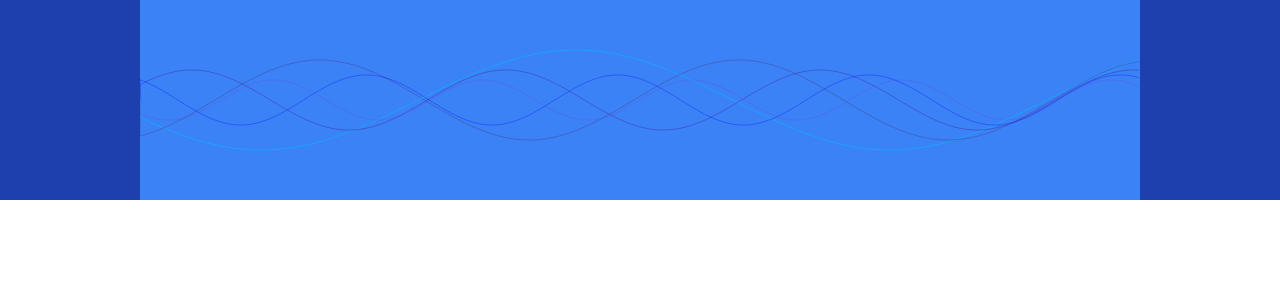
Repository: TMuse333/quantum-experiments
Page: /
These files come from the project's save history. The page is drawn as it stood at one moment and after the next save; the edit follows.
The browser window is 1280 px wide. The pictures show the whole page.
The project was rebuilt for these pictures with package versions that can differ from the ones it lists, and the page was loaded fresh each time. Also part of the build but not shown: vite.config.ts.

Above is the page before, as saved 2024-06-08 18:15:37.

### src/App.tsx
import { useState } from 'react'
import reactLogo from './assets/react.svg'
import viteLogo from '/vite.svg'
import './App.css'
import SineWave from './components/wave/wave'

function App() {
  const [count, setCount] = useState(0)

  return (
    <>
    <div className='bg-blue-800 absolute top-0 left-0
    flex items-center justify-center w-screen'>


     <SineWave/>
     </div>
    </>
  )
}

export default App

### src/components/wave/wave.tsx
import React, { useRef, useEffect } from 'react';

const SineWave: React.FC = () => {
  const canvasRef = useRef<HTMLCanvasElement | null>(null);

  useEffect(() => {
    const canvas = canvasRef.current;
    if (!canvas) return;

    const c = canvas.getContext('2d');
    if (!c) return;

    const waves = [
      {
        amplitude: 50,
        frequency: 0.01,
        speed: 0.02,
        xOffset: 0,
        color: 'rgba(0, 191, 255, 0.5)', // Sky Blue
      },
      {
        amplitude: 30,
        frequency: 0.02,
        speed: 0.03,
        xOffset: 0,
        color: 'rgba(75, 0, 130, 0.3)', // Indigo
      },
      {
        amplitude: 20,
        frequency: 0.03,
        speed: 0.04,
        xOffset: 0,
        color: 'rgba(138, 43, 226, 0.2)', // Blue Violet
      },
      {
        amplitude: 40,
        frequency: 0.015,
        speed: 0.025,
        xOffset: 0,
        color: 'rgba(72, 61, 139, 0.4)', // Dark Slate Blue
      },
      {
        amplitude: 25,
        frequency: 0.025,
        speed: 0.035,
        xOffset: 0,
        color: 'rgba(0, 0, 255, 0.3)', // Blue
      },
    ];

    const resizeHandler = () => {
      canvas.width = canvas.parentElement?.clientWidth ?? window.innerWidth;
      canvas.height = canvas.parentElement?.clientHeight ?? window.innerHeight;
    };

    window.addEventListener('resize', resizeHandler);
    resizeHandler();

    const draw = () => {
      c.clearRect(0, 0, canvas.width, canvas.height);
      waves.forEach((wave) => {
        c.beginPath();
        c.moveTo(0, canvas.height / 2);
        for (let x = 0; x < canvas.width; x++) {
          const y = canvas.height / 2 + Math.sin(x * wave.frequency + wave.xOffset) * wave.amplitude;
          c.lineTo(x, y);
        }
        c.strokeStyle = wave.color;
        c.stroke();
        wave.xOffset += wave.speed;
      });
      requestAnimationFrame(draw);
    };

    draw();

    return () => {
      window.removeEventListener('resize', resizeHandler);
    };
  }, []);

  return (
    <div className='w-screen bg-blue-500 relative h-[200px] max-w-[1000px] ml-auto mr-auto'>
        <h1></h1>
      <canvas className='h-full w-full' ref={canvasRef} />
    </div>
  );
};

export default SineWave;

Loaded but not shown: index.html (common file); src/main.tsx (common file); src/index.css (common file); src/App.css (common file); tailwind.config.js (common file)

After the next save:
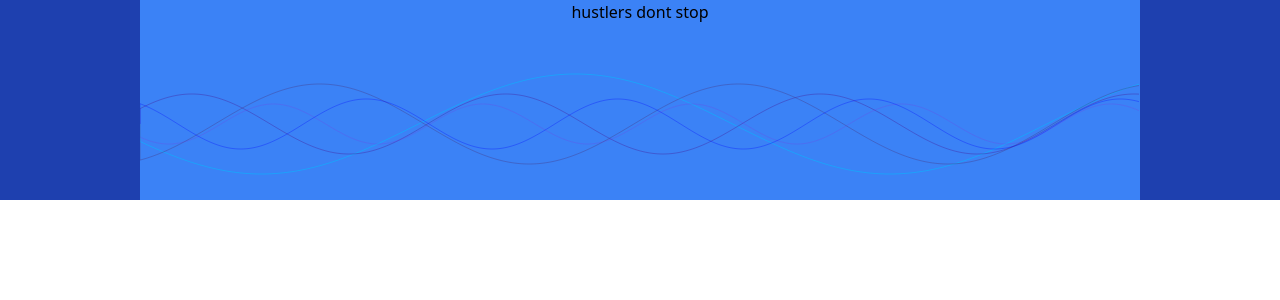
Saved 4 s later.
--- a/src/components/wave/wave.tsx
+++ b/src/components/wave/wave.tsx
@@ -81,7 +81,7 @@ const SineWave: React.FC = () => {
 
   return (
     <div className='w-screen bg-blue-500 relative h-[200px] max-w-[1000px] ml-auto mr-auto'>
-        <h1></h1>
+        <h1>hustlers dont stop</h1>
       <canvas className='h-full w-full' ref={canvasRef} />
     </div>
   );
